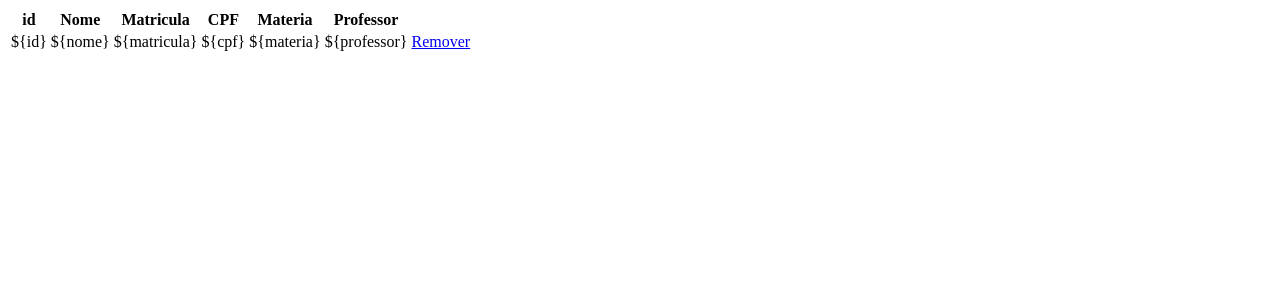
Repository: WilliamEstrela/trabalho1VA-PROG4
Page: CRUDLanManagerV5/WebContent/manterreprovacao/listartodos.html
These files come from the project's save history. The page is drawn as it stood at one moment and after the next save; the edit follows.
The browser window is 1280 px wide. The pictures show the whole page.

Above is the page before, as saved 2019-09-12 00:36:56.

### CRUDLanManagerV5/WebContent/manterreprovacao/listartodos.html
	<table class="table table-striped table-bordered table-hover">
		<tr>
			<th>id</th>
			<th>Nome</th>
			<th>Matricula</th>
			<th>CPF</th>
			<th>Materia</th>
			<th>Professor</th>
		</tr>
<!-- $beginBlock manterReprovacao -->
		<tr>
			<td>${id}</td>
			<td>${nome}</td>
			<td>${matricula}</td>
			<td>${cpf}</td>
			<td>${materia}</td>
			<td>${professor}</td>
			<td>

				<a href="sistema?casoDeUso=manterReprovacao&acao=${acaoEditar}&id=${id}"><i class="fa fa-pencil-square-o" aria-hidden="true"></i></a>
				<a href="sistema?casoDeUso=manterReprovacao&acao=excluir&id=${id}">Remover</a>

			</td>
		</tr>
<!-- $endBlock manterReprovacao -->
	</table>
<!-- $include ../geral/mensagemPadrao.html -->

After the next save:
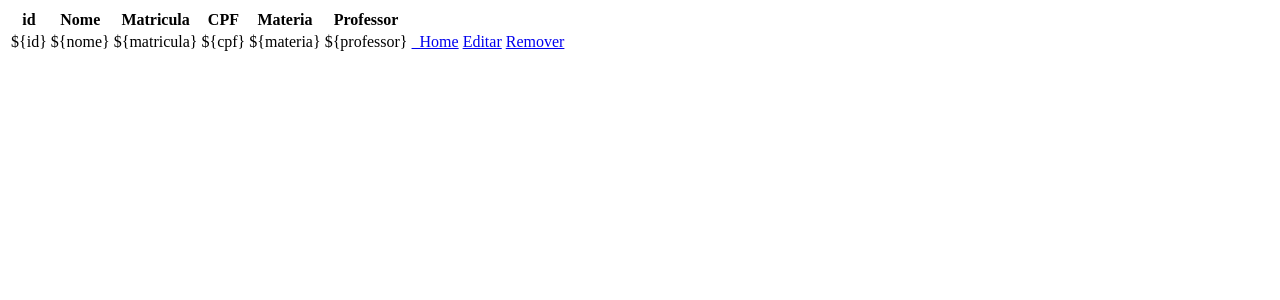
Saved 41 s later.
--- a/CRUDLanManagerV5/WebContent/manterreprovacao/listartodos.html
+++ b/CRUDLanManagerV5/WebContent/manterreprovacao/listartodos.html
@@ -16,8 +16,8 @@
 			<td>${materia}</td>
 			<td>${professor}</td>
 			<td>
-
-				<a href="sistema?casoDeUso=manterReprovacao&acao=${acaoEditar}&id=${id}"><i class="fa fa-pencil-square-o" aria-hidden="true"></i></a>
+				<a class="list-group-item" href="#"><i class="fa fa-home fa-fw" aria-hidden="true"></i>&nbsp; Home</a>
+				<a href="sistema?casoDeUso=manterReprovacao&acao=${acaoEditar}&id=${id}">Editar</a>
 				<a href="sistema?casoDeUso=manterReprovacao&acao=excluir&id=${id}">Remover</a>
 
 			</td>
